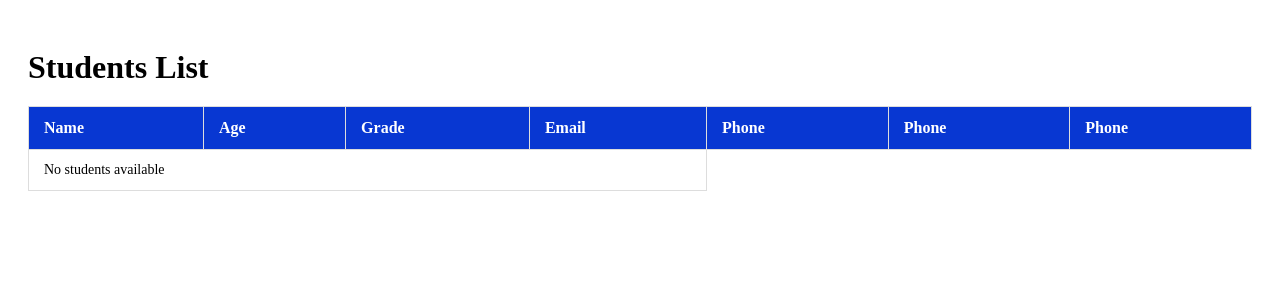
Repository: sharmisthak16/Student-Assignment
Page: /students (app in my-project/)
An editor plug-in stored every save of this project. The page is shown before and after a run of saves, followed by the edit.
The browser window is 1280 px wide. The pictures show the whole page.
The page's requests for data from a server got no answer. The project was rebuilt for these pictures with package versions that can differ from the ones it lists, and the page was loaded fresh each time. No one was signed in, and anything a server would have sent is missing. Also part of the build but not shown: my-project/vite.config.js, my-project/src/components/LoginForm.css, my-project/src/components/LoginForm.jsx, my-project/src/components/Dashboard.css, my-project/src/components/Dashboard.jsx, my-project/src/components/HomeButtons.css, my-project/src/components/HomeButtons.jsx, my-project/src/Pages/Home.jsx and 4 more.

Above is the page before, as saved 2025-01-31 04:22:55.

### my-project/index.html
<!doctype html>
<html lang="en">
  <head>
    <meta charset="UTF-8" />

    <meta name="viewport" content="width=device-width, initial-scale=1.0" />
    <title>Assignment</title>
  </head>
  <body>
    <div id="root"></div>
    <script type="module" src="/src/main.jsx"></script>
  </body>
</html>

### my-project/src/App.jsx
import React from 'react';
import { BrowserRouter as Router, Route, Routes } from 'react-router-dom'; // Use Routes instead of Switch
import LoginForm from './components/LoginForm';
import Dashboard from './components/Dashboard'; // Create this component for the dashboard page
import Home from './Pages/Home';
import StudentTable from './components/StudentTable';
import AddStudentModal from './components/AddStudentModal'
import StudentsPage from './components/StudentPage';

function App() {
  return (
    <Router>
      <Routes>
      <Route path='/' element={<Home/>} />
        <Route path="/LoginForm" element={<LoginForm />} /> {/* Use element instead of component */}
        <Route path="/dashboard" element={<Dashboard />} /> {/* Use element instead of component */}
       <Route path="/StudentTable" element={<StudentTable />}  />
       <Route path="/AddStudentModal" element={<AddStudentModal/>}  />
       <Route path='/students' element={< StudentsPage/>}/>
      </Routes>
    </Router>
  );
}

export default App;

### my-project/src/components/StudentPage.jsx
import React, { useEffect, useState } from 'react';
import { db, collection, getDocs } from './firebase'; // Assuming you're using Firestore
import './StudentPage.css';

const StudentPage = () => {
  const [students, setStudents] = useState([]);
  const [loading, setLoading] = useState(true);

  useEffect(() => {
    const fetchStudents = async () => {
      try {
        const querySnapshot = await getDocs(collection(db, "students"));
        const studentsData = querySnapshot.docs.map(doc => ({
          id: doc.id,
          ...doc.data(),
        }));
        setStudents(studentsData);
      } catch (error) {
        console.error("Error fetching students:", error);
      } finally {
        setLoading(false);
      }
    };

    fetchStudents();
  }, []);

  return (
    <div className="students-page">
      <h1>Students List</h1>
      {loading ? (
        <p>Loading...</p>
      ) : (
        <table className="students-table">
          <thead>
            <tr>
              <th>Name</th>
              <th>Age</th>
              <th>Grade</th>
              <th>Email</th>
              <th>Phone</th>
              <th>Phone</th>
              <th>Phone</th>
            </tr>
          </thead>
          <tbody>
            {students.length > 0 ? (
              students.map(student => (
                <tr key={student.id}>
                  <td>{student.name}</td>
                  <td>{student.age}</td>
                  <td>{student.grade}</td>
                  <td>{student.email}</td>
                  <td>{student.phone}</td>
                  <td>{student.email}</td>
                </tr>
              ))
            ) : (
              <tr>
                <td colSpan="4">No students available</td>
              </tr>
            )}
          </tbody>
        </table>
      )}
    </div>
  );
};

export default StudentPage;

### my-project/src/components/firebase.js
import { initializeApp } from "firebase/app";
import { getAuth, createUserWithEmailAndPassword, signInWithEmailAndPassword } from "firebase/auth";
import { getFirestore, collection, addDoc, getDocs } from "firebase/firestore"; // Import getDocs

const firebaseConfig = {
  apiKey: "AIzaSyBbJ0LWJOG7xecQUhc7-0NGPvu33pYSSAg",
  authDomain: "assignment-f6a48.firebaseapp.com",
  projectId: "assignment-f6a48",
  storageBucket: "assignment-f6a48.appspot.com",
  messagingSenderId: "801572322432",
  appId: "1:801572322432:web:b56f932b3f50b6140f7a65",
  measurementId: "G-SBG6GTP1V2"
};

const app = initializeApp(firebaseConfig);
const auth = getAuth(app);
const db = getFirestore(app); // Firestore instance

// Export the methods you're using
export { auth, db, createUserWithEmailAndPassword, signInWithEmailAndPassword, addDoc, collection, getDocs };

### my-project/src/components/StudentPage.css
/* Students Page Styling */
.students-page {
    padding: 20px;
  }

  .students-page h1 {
    font-size: 32px;
    margin-bottom: 20px;
  }

  .students-table {
    width: 100%;
    border-collapse: collapse;
    margin-top: 20px;
  }

  .students-table th, .students-table td {
    padding: 12px 15px;
    text-align: left;
    border: 1px solid #ddd;
  }

  .students-table th {
    background-color: #0837d2;
    color: white;
  }

  .students-table tr:nth-child(even) {
    background-color: #f9f9f9;
  }

  .students-table tr:hover {
    background-color: #f1f1f1;
  }

  .students-table td {
    font-size: 14px;
  }

Loaded but not shown: my-project/src/main.jsx (common file); my-project/src/index.css (common file)

After the next 2 saves:
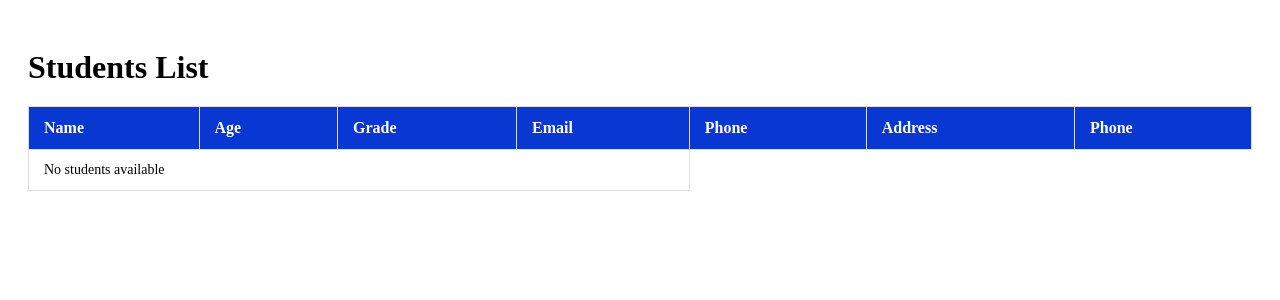
The 2 saves are shown as one change because they came seconds apart.
The last was saved 8 s later.
--- a/my-project/src/components/StudentPage.jsx
+++ b/my-project/src/components/StudentPage.jsx
@@ -39,7 +39,7 @@ const StudentPage = () => {
               <th>Grade</th>
               <th>Email</th>
               <th>Phone</th>
-              <th>Phone</th>
+              <th>Address</th>
               <th>Phone</th>
             </tr>
           </thead>
